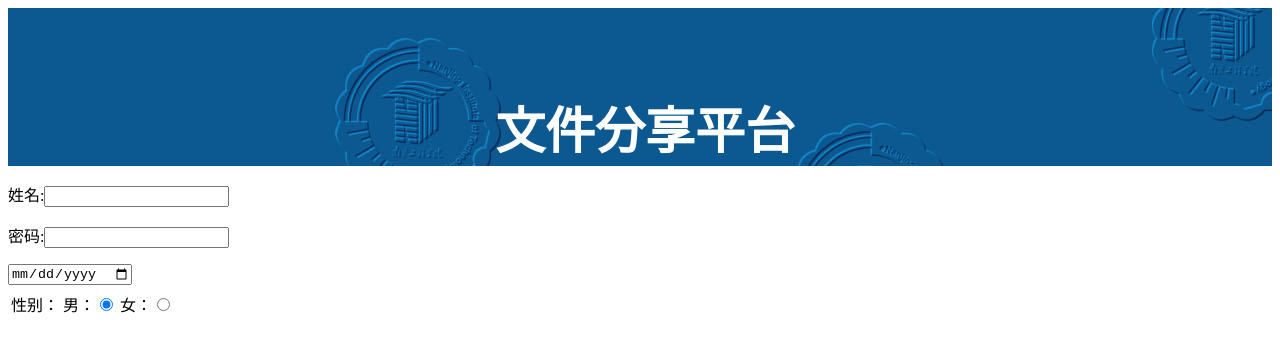
Repository: shunchensaber/Javaweb
Page: http://localhost/Web/Register.jsp
An editor plug-in stored every save of this project. The page is shown before and after the next save, followed by the edit.
The browser window is 1280 px wide. The pictures show the whole page.
The page is served by Tomcat 9.

Above is the page before, as saved 2019-03-26 15:22:28.

### Web/WebContent/Register.jsp
<%@ page language="java" contentType="text/html; charset=UTF-8"
    pageEncoding="UTF-8"%>
<!DOCTYPE html>
<html>
<head>
<meta charset="ISO-8859-1">
<style type="text/css">
p.a
{
	font-size: 50px;
	color: white;
	font-family: fantasy;
}</style>
<title>注册信息</title>
</head>
<body>
<table style="background-image: url('image/header_bg.jpg');width: 100%">
<tr>
<th><!--  <img src="./image/logo.png" style="padding-left: 150px">--></th>
	<th >
	<p class="a" style="padding-top: 30px;padding-bottom: 0px;margin-bottom: 0px">
	<font face="华文云彩">文件分享平台</font>
	</th>
	</table>
	<table>
	<form action="">
	<tr>
	<p>姓名:<input type="text" name="userid" ></p>
	</tr>
	<tr>
	<p>密码:<input type="password" name="userpass"></p>
	</tr>
	<tr>
	<td>
	性别：
	男：<input type="radio" name="sex" value="male" checked="checked"></td>
	<td>女：<input type="radio" name="sex" value="female"></td>
	</tr>
	<tr><input type="date" name="birthdate"></tr>


	</form>
	</table>

</body>
</html>

After the next save:
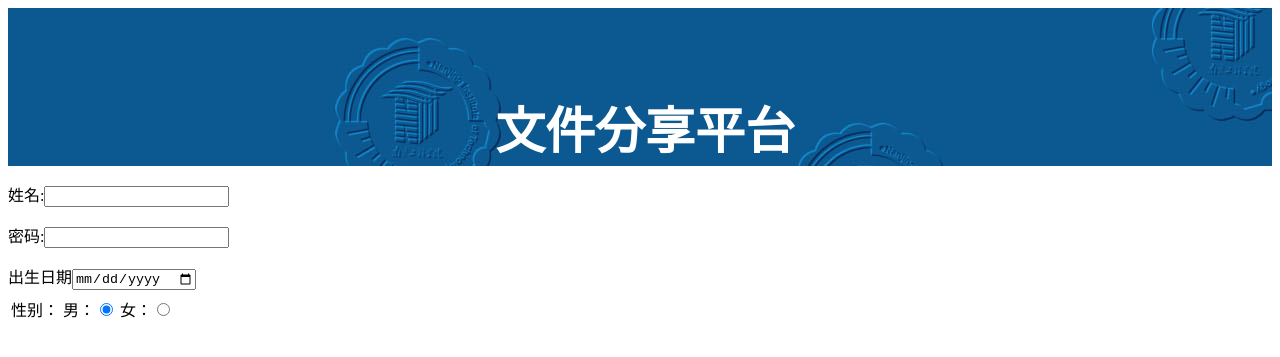
Saved 65 s later.
--- a/Web/WebContent/Register.jsp
+++ b/Web/WebContent/Register.jsp
@@ -36,7 +36,9 @@ p.a
 	男：<input type="radio" name="sex" value="male" checked="checked"></td>
 	<td>女：<input type="radio" name="sex" value="female"></td>
 	</tr>
-	<tr><input type="date" name="birthdate"></tr>
+	<tr>
+	  出生日期<input type="date" name="birthdate">
+	</tr>
 
 
 	</form>
